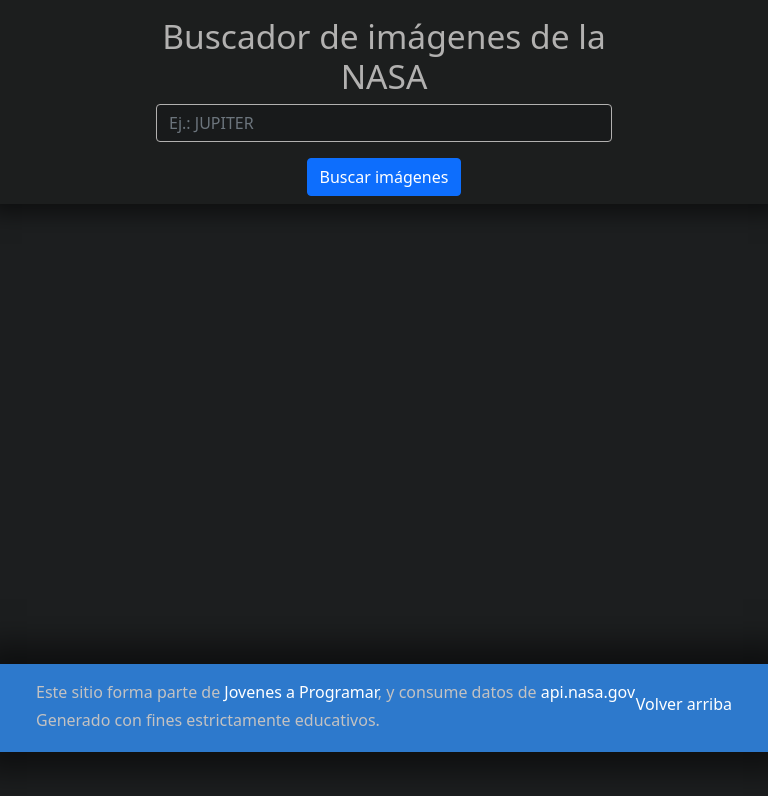
Repository: romancegirl/galaxies
Page: index.html
These files come from the project's save history. The page is drawn as it stood at one moment and after the next save; the edit follows.
The browser window is 768 px wide. The pictures show the whole page.

Above is the page before, as saved 2024-11-18 23:12:28.

After the next save:
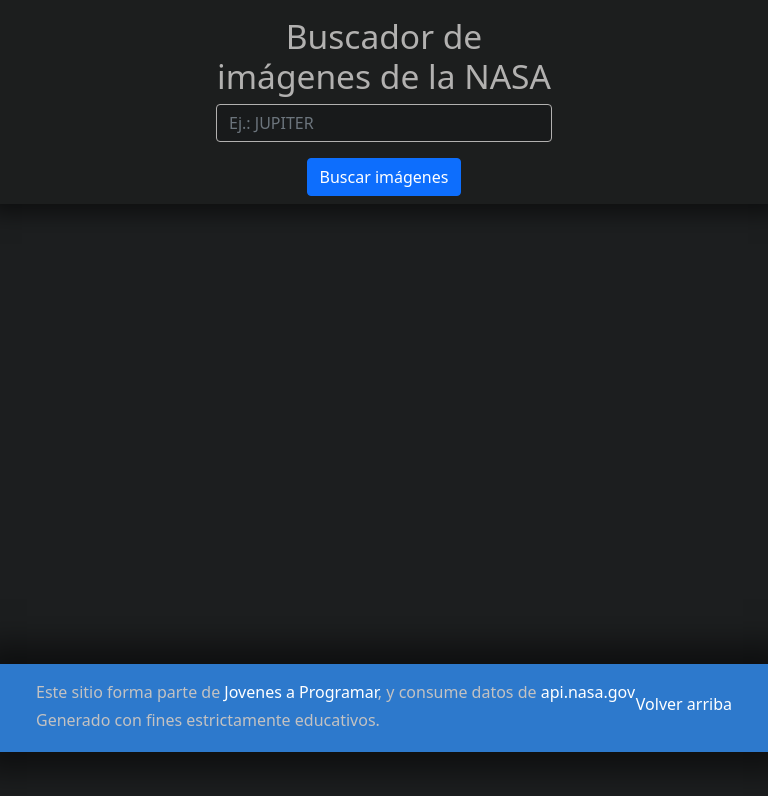
Saved 33 s later.
--- a/css/style.css
+++ b/css/style.css
@@ -119,7 +119,13 @@ footer .float-end {
 
 
 @media (max-width: 1200px) {
+    .col-lg-6 {
+        width: 50%;
+    }
+}
 
-
-
+@media (max-width: 768px) {
+    .col-md-4 {
+        width: 100%;
+    }
 }
